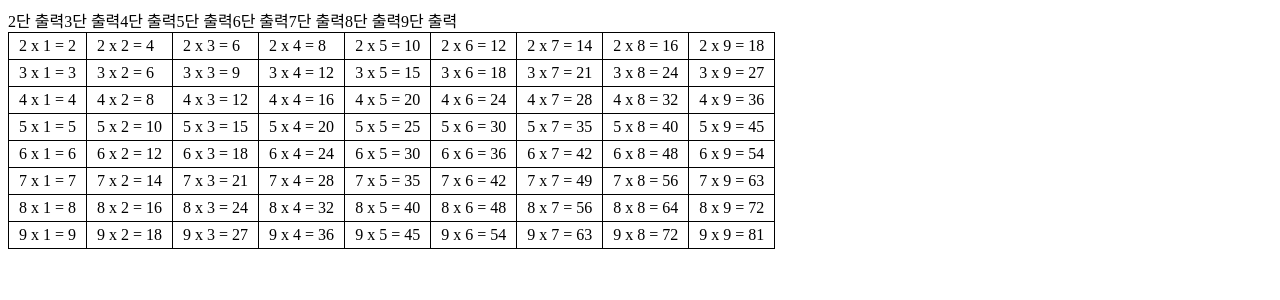
Repository: carnelli95/workspace_JSP
Page: http://localhost/MustHaveJSP/JSPMission/Gugudan2.jsp
The author's editor kept a copy of each file at every save. The page is drawn from the files as they stood at one save, then again after the next save.
The browser window is 1280 px wide. The pictures show the whole page.
The page is served by Tomcat 9. Other server files are loaded and not shown.

Above is the page before, as saved 2025-09-26 07:39:09.

### MustHaveJSP/src/main/webapp/JSPMission/Gugudan2.jsp
<%@ page language="java" contentType="text/html; charset=UTF-8"
    pageEncoding="UTF-8"%>
<!DOCTYPE html>
<html>
 <style>
 table {
 border:1px solid;
 border-collapse: collapse;
 }
 td, tr {
 border:1px solid;
 padding: 4px 10px;
 }
 .title {
 text-align: center;
 background-color: lightgray;
 }
 </style>
<head>
<meta charset="UTF-8">
<title>Insert title here</title>
</head>
<body>
<table>
	<%
		for(int i = 2; i <= 9; i++) {
			out.println("<tr>" + i + "단 출력</tr>");
			for(int j = 1; j <= 9; j++) {
				out.print("<td>" + i + " x " + j  + " = " + i * j + "</td>" + "\t");
			}
		}
	%>
</table>
</body>
</html>

After the next save:
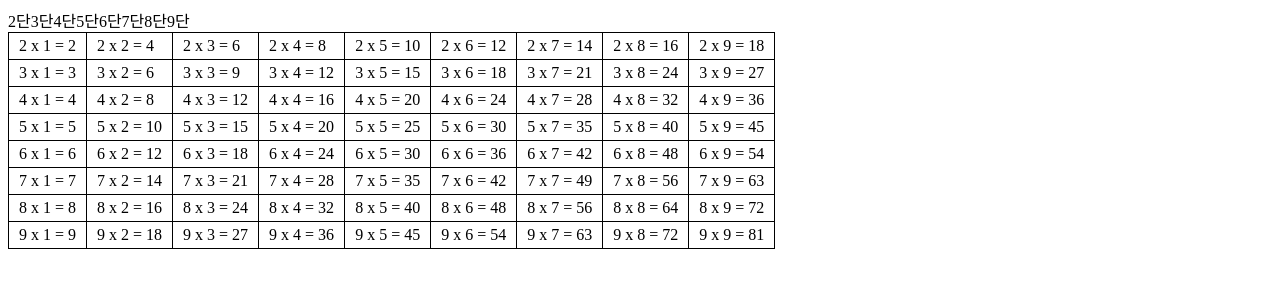
Saved 20 s later.
--- a/MustHaveJSP/src/main/webapp/JSPMission/Gugudan2.jsp
+++ b/MustHaveJSP/src/main/webapp/JSPMission/Gugudan2.jsp
@@ -24,7 +24,7 @@
 <table>
 	<%
 		for(int i = 2; i <= 9; i++) {
-			out.println("<tr>" + i + "단 출력</tr>");
+			out.println("<tr>" + i + "단</tr>");
 			for(int j = 1; j <= 9; j++) {
 				out.print("<td>" + i + " x " + j  + " = " + i * j + "</td>" + "\t");
 			}
